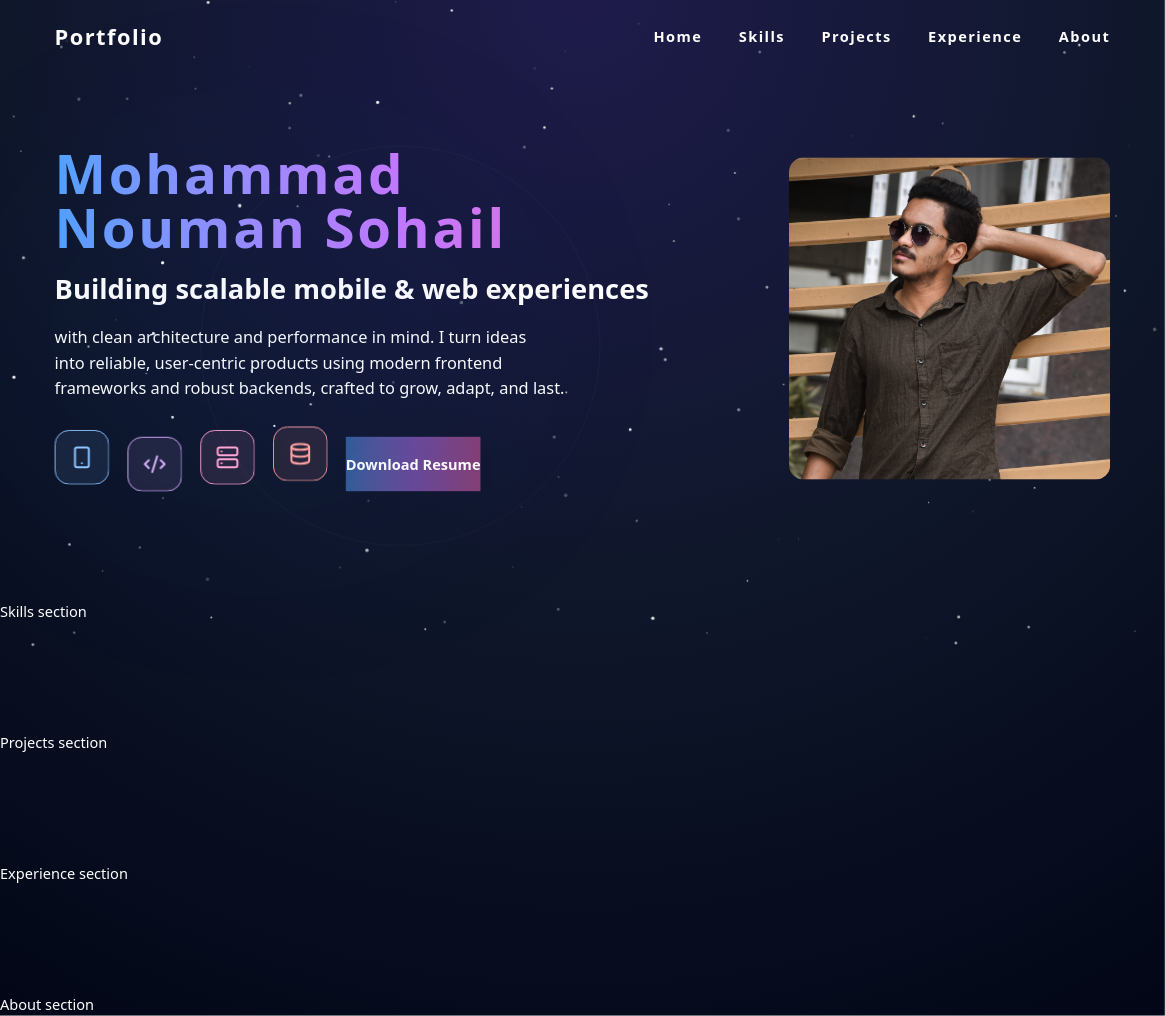
Repository: NoumanSohail/Nouman-Sohail-Portfolio
Page: /
The author's editor kept a copy of each file at every save. The page is drawn from the files as they stood at one save, then again after the next save.
The browser window is 1280 px wide. The pictures show the whole page, at 91% of full size.
The project was rebuilt for these pictures with package versions that can differ from the ones it lists, and the page was loaded fresh each time. The framework's server and built-in components were replaced by stand-ins that run in the browser. Also part of the build but not shown: next.config.ts.

Above is the page before, as saved 2026-01-24 21:21:08.

After the next save:
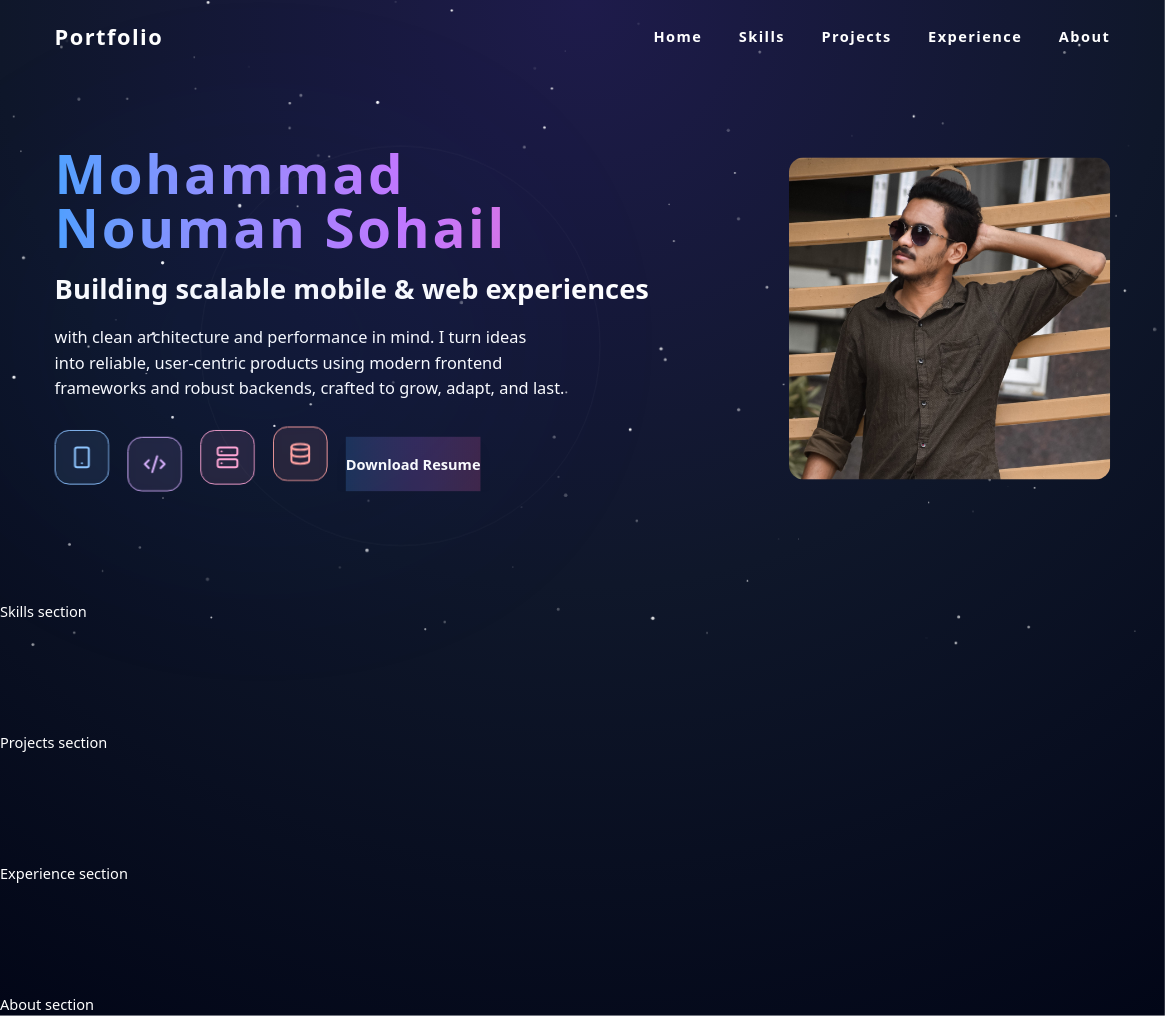
Saved 73 s later.
--- a/app/components/sections/Hero.tsx
+++ b/app/components/sections/Hero.tsx
@@ -82,7 +82,7 @@ const Hero = () => {
                         border-red-300 hover:border-red-300 text-red-300 hover:text-red-300
                         transition-all duration-300 animate-bounce [animation-delay:300ms]"
               />
-              <Button title="Download Resume" onClick={() => {}} className="bg-linear-to-r from-blue-400/50 via-purple-400/50 to-pink-400/50" />
+              <Button title="Download Resume" onClick={() => {}} className="bg-linear-to-r from-blue-400/20 via-purple-400/20 to-pink-400/20" />
             </div>
           </motion.div>
         </div>
